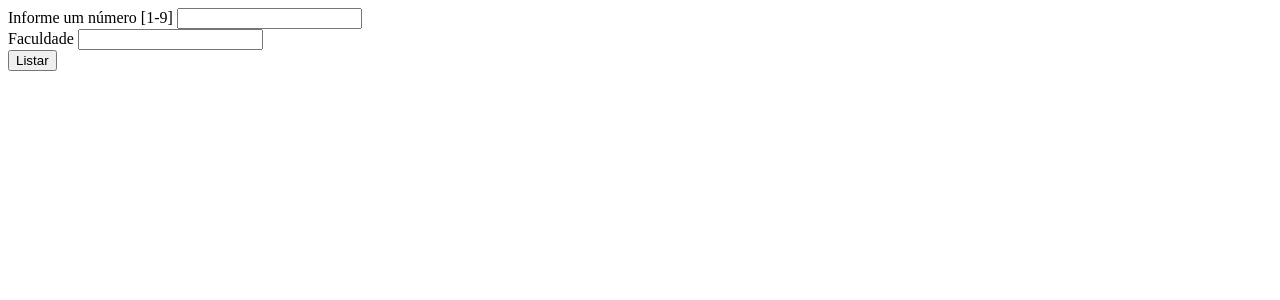
Repository: emilianocarvalho/ServidoresWeb
Page: GetInteger/WebContent/LerInteiro.html
These files come from the project's save history. The page is drawn as it stood at one moment and after the next save; the edit follows.
The browser window is 1280 px wide. The pictures show the whole page.

Above is the page before, as saved 2015-09-08 14:11:47.

### GetInteger/WebContent/LerInteiro.html
<!DOCTYPE html>
<html>
<head>
<meta charset="UTF-8">
<title>Insert title here</title>
</head>
<body>
<form method="get" action="RetTabuada.do">
		Informe um número [1-9] <input type="text" name="num"> <br>
		Faculdade <input type="text" name="faculdade"> <br> <input
			type="submit" value="Listar"> <br>
	</form>
</body>
</html>

After the next save:
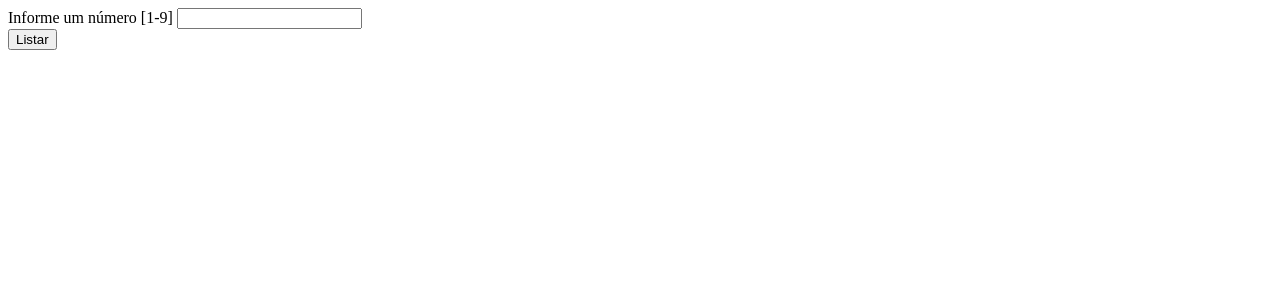
Saved 20 s later.
--- a/GetInteger/WebContent/LerInteiro.html
+++ b/GetInteger/WebContent/LerInteiro.html
@@ -5,10 +5,9 @@
 <title>Insert title here</title>
 </head>
 <body>
-<form method="get" action="RetTabuada.do">
+	<form method="get" action="RetTabuada.do">
 		Informe um número [1-9] <input type="text" name="num"> <br>
-		Faculdade <input type="text" name="faculdade"> <br> <input
-			type="submit" value="Listar"> <br>
+		<input type="submit" value="Listar"> <br>
 	</form>
 </body>
 </html>
